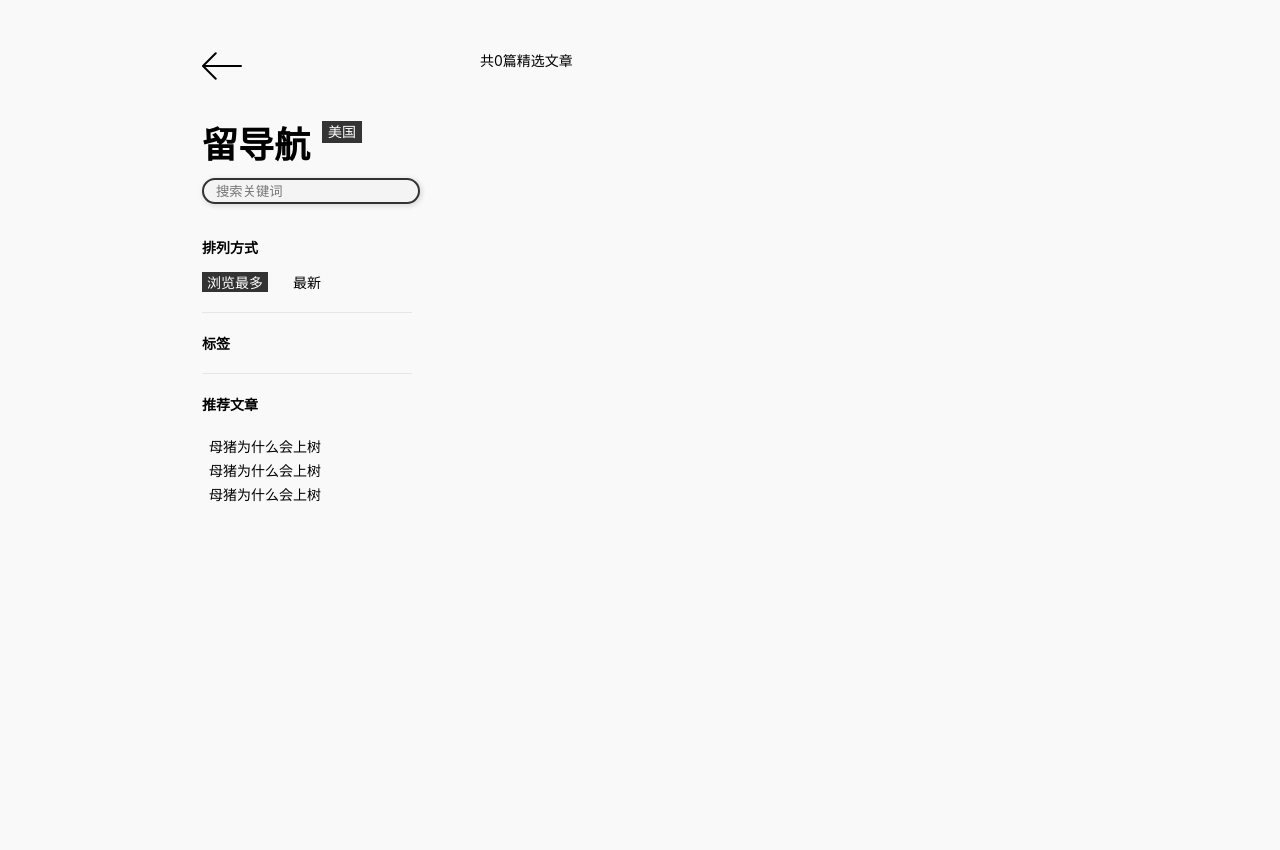
Repository: Apiyaaaa/guidefront
Page: /search
These files come from the project's save history. The page is drawn as it stood at one moment and after the next save; the edit follows.
The browser window is 1280 px wide. The pictures show the whole page.
The page's requests for data from a server got no answer. The project was rebuilt for these pictures with package versions that can differ from the ones it lists, and the page was loaded fresh each time. No one was signed in, and anything a server would have sent is missing. Also part of the build but not shown: src/pages/Home/Home.module.css, src/pages/Home/Home.js, src/components/ArticleCard/ArticleCard.module.css, src/components/ArticleCard/ArticleCard.jsx, src/pages/Article/Article.module.css, src/pages/Article/Article.js.

Above is the page before, as saved 2022-10-10 19:53:08.

After the next save:
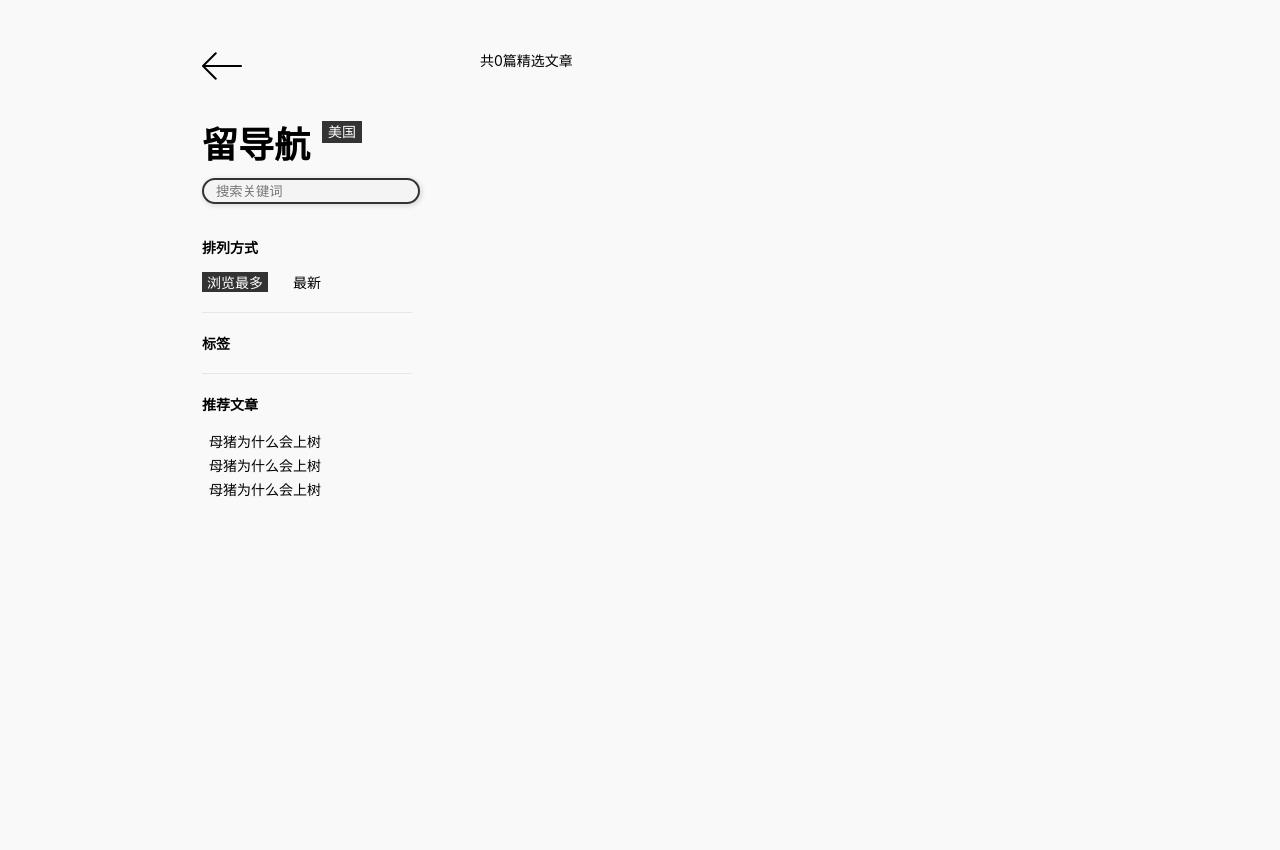
Saved 8 s later.
--- a/src/components/RecommendCard/RecommendCard.module.css
+++ b/src/components/RecommendCard/RecommendCard.module.css
@@ -3,7 +3,7 @@
   font-weight: bold;
 }
 .recommendItems {
-  margin-top: 20px;
+  margin-top: 15px;
 }
 .recommendItem {
   font-size: 14px;
